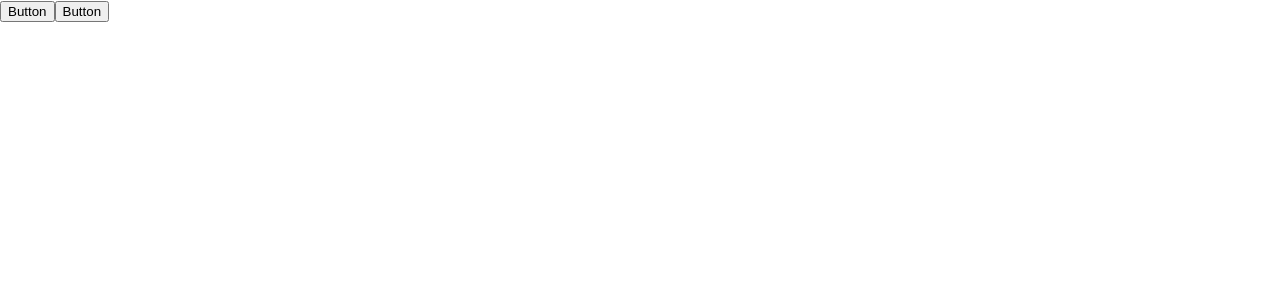
Repository: roistyx/react
Page: /layouts (app in layouts-app/)
The author's editor kept a copy of each file at every save. The page is drawn from the files as they stood at one save, then again after the next save.
The browser window is 1280 px wide. The pictures show the whole page.
The project was rebuilt for these pictures with package versions that can differ from the ones it lists, and the page was loaded fresh each time.

Above is the page before, as saved 2023-04-26 21:46:34.

After the next save:
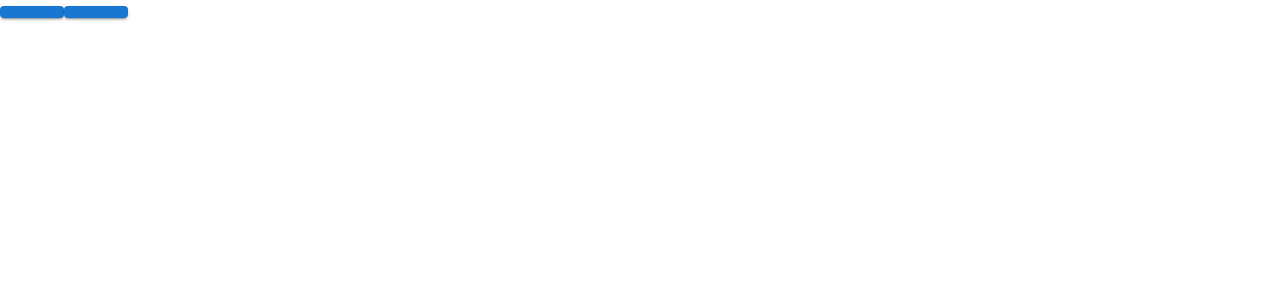
Saved 109 s later.
--- a/layouts-app/src/elements/Btn.js
+++ b/layouts-app/src/elements/Btn.js
@@ -1,5 +1,6 @@
 import { Button } from '@mui/material';
 
 export const Btn = ({ children }) => {
-	return <button>{children}</button>;
+	return <Button variant="contained" color="primary" />;
+	//<button>{children}</button>;
 };
